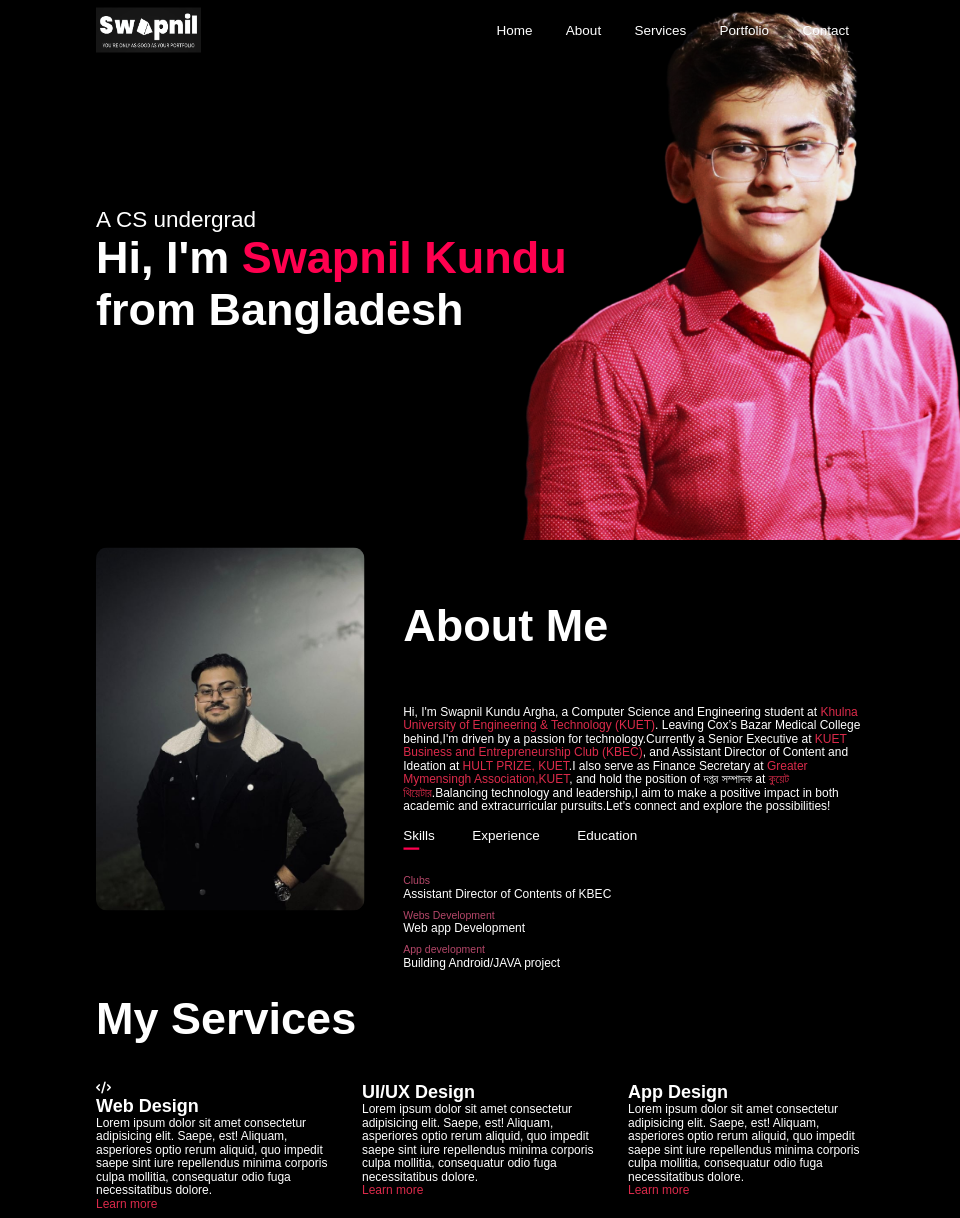
Repository: SwapnilKundu/portfolio
Page: index.html
These files come from the project's save history. The page is drawn as it stood at one moment and after the next save; the edit follows.
The browser window is 1280 px wide. The pictures show the whole page, at 75% of full size.
Some web libraries are served in a nearby version.

Above is the page before, as saved 2024-01-20 10:13:30.

After the next save:
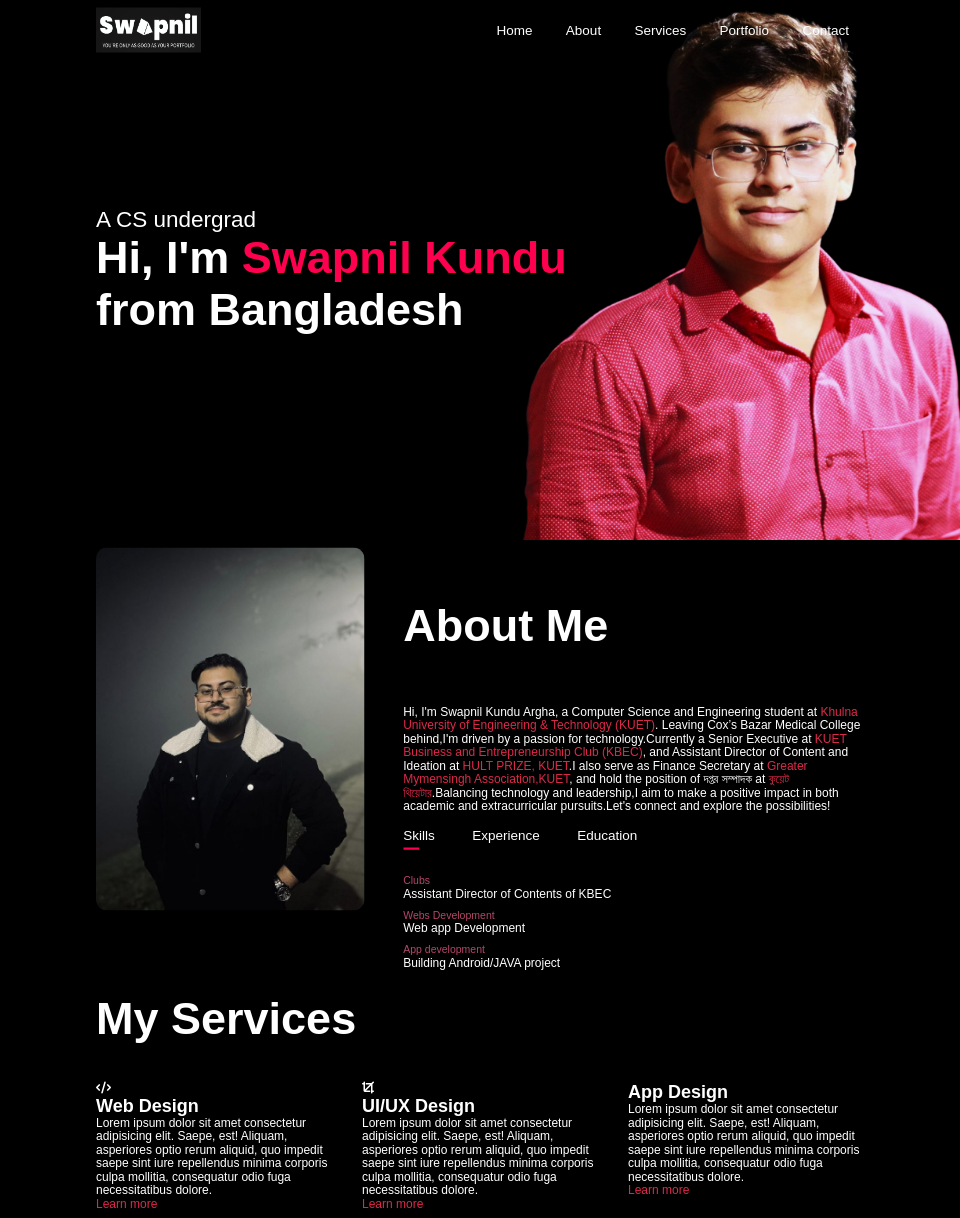
Saved 30 s later.
--- a/index.html
+++ b/index.html
@@ -87,6 +87,7 @@
             <a href="#">Learn more</a>
         </div>
         <div>
+            <i class="fa-solid fa-crop"></i>
             <h2>
                 UI/UX Design
             </h2>
